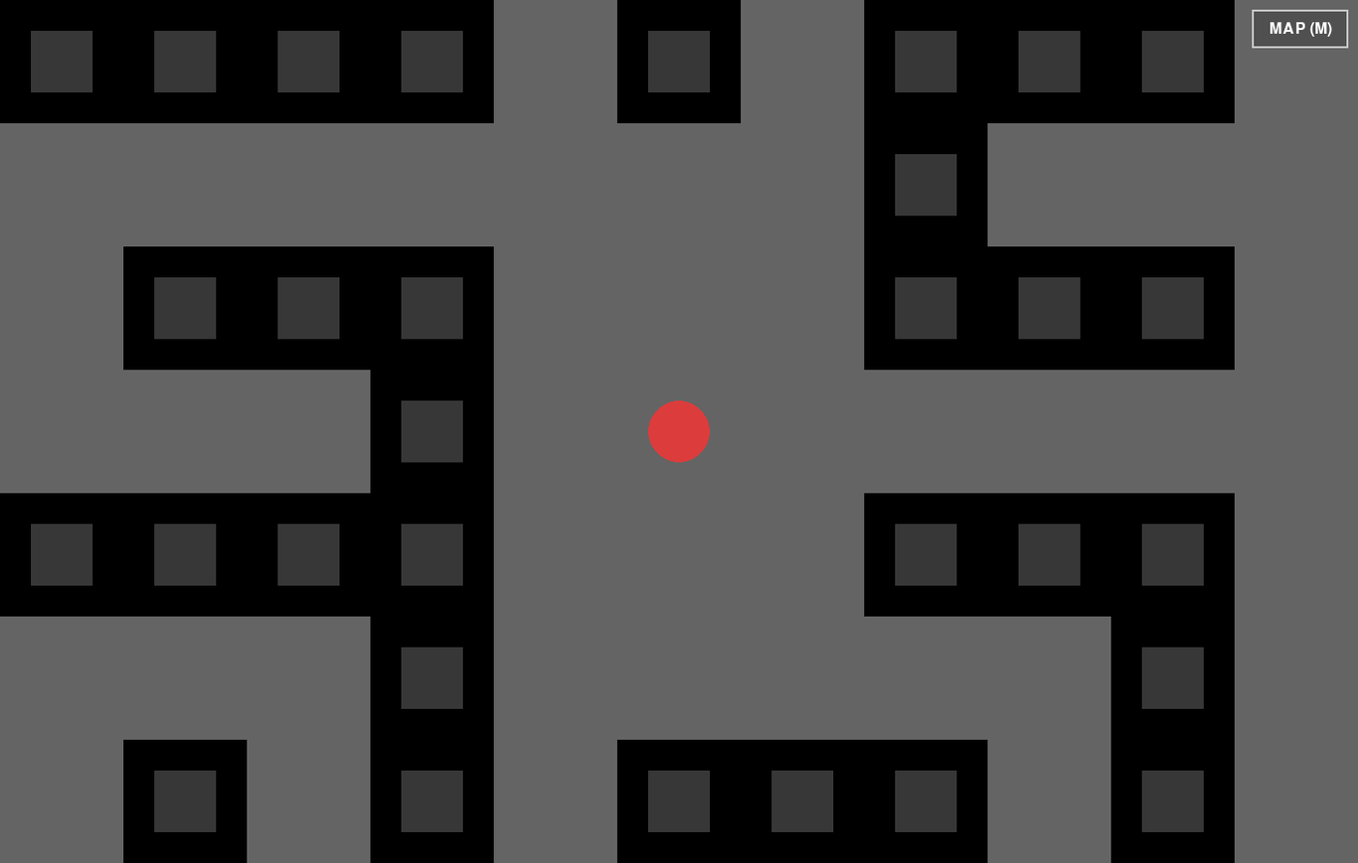
Repository: Nakib-Arman/Game-Jam-2026
Script's output: python main.py
The author's editor kept a copy of each file at every save. The script's output is drawn from the files as they stood at one save, then again after the next save.
The pictures are shown at 97% of full size.
Figures wider than 1,400 px are first shrunk to that width. The window is shown after at most 60 frames with no key pressed. Random numbers start from a fixed seed.

Above is the script's output before, as saved 2026-01-25 17:45:43.

### main.py
import pygame
from cave import generate_cave
from map import draw_map

# ======================
# CONFIGURATION
# ======================

WORLD_ROWS = 40
WORLD_COLS = 40

VIEW_ROWS = 7
VIEW_COLS = 11

BASE_CELL_SIZE = 128
WALL_SCALE = 0.5

MOVE_DELAY = 80
FPS = 60

BLACK = (0, 0, 0)
LIGHT_GRAY = (100, 100, 100)
DARK_GRAY = (55, 55, 55)
GREEN = (0, 200, 0)
RED = (220, 60, 60)

# ======================
# INITIALIZE
# ======================

pygame.init()
SCREEN_WIDTH = VIEW_COLS * BASE_CELL_SIZE
SCREEN_HEIGHT = VIEW_ROWS * BASE_CELL_SIZE

screen = pygame.display.set_mode((SCREEN_WIDTH, SCREEN_HEIGHT))
pygame.display.set_caption("Cave Explorer")
clock = pygame.time.Clock()
font = pygame.font.SysFont(None, 24)

# ======================
# GAME STATE
# ======================

cave, (player_x, player_y) = generate_cave(WORLD_ROWS, WORLD_COLS)
for rows in cave:
    print(rows)
player_radius = BASE_CELL_SIZE // 4
last_move_time = 0
show_map = False

# ======================
# HELPERS
# ======================

def can_move(x, y):
    return (
        0 <= x < WORLD_COLS and
        0 <= y < WORLD_ROWS and
        cave[y][x] != 1
    )

def get_camera_offset():
    cam_x = player_x - VIEW_COLS // 2
    cam_y = player_y - VIEW_ROWS // 2

    cam_x = max(0, min(cam_x, WORLD_COLS - VIEW_COLS))
    cam_y = max(0, min(cam_y, WORLD_ROWS - VIEW_ROWS))

    return cam_x, cam_y

def draw_map_button():
    button_rect = pygame.Rect(
        SCREEN_WIDTH - 110,
        10,
        100,
        40
    )
    pygame.draw.rect(screen, (80, 80, 80), button_rect)
    pygame.draw.rect(screen, (200, 200, 200), button_rect, 2)

    text = font.render("MAP (M)", True, (255, 255, 255))
    text_rect = text.get_rect(center=button_rect.center)
    screen.blit(text, text_rect)

    return button_rect

# ======================
# RENDERING
# ======================

def draw_world():
    cam_x, cam_y = get_camera_offset()

    for row in range(VIEW_ROWS):
        for col in range(VIEW_COLS):
            world_x = cam_x + col
            world_y = cam_y + row

            screen_x = col * BASE_CELL_SIZE
            screen_y = row * BASE_CELL_SIZE

            if not (0 <= world_x < WORLD_COLS and 0 <= world_y < WORLD_ROWS):
                continue

            cell = cave[world_y][world_x]

            if cell == 1:
                size = int(BASE_CELL_SIZE * WALL_SCALE)
                offset = (BASE_CELL_SIZE - size) // 2
                rect = pygame.Rect(
                    screen_x + offset,
                    screen_y + offset,
                    size,
                    size
                )
                pygame.draw.rect(screen, DARK_GRAY, rect)

            else:
                rect = pygame.Rect(
                    screen_x,
                    screen_y,
                    BASE_CELL_SIZE,
                    BASE_CELL_SIZE
                )
                pygame.draw.rect(screen, LIGHT_GRAY, rect)

            if cell == 2:
                pygame.draw.circle(
                    screen,
                    GREEN,
                    (screen_x + BASE_CELL_SIZE // 2,
                     screen_y + BASE_CELL_SIZE // 2),
                    BASE_CELL_SIZE // 6
                )

    # Player (centered)
    pygame.draw.circle(
        screen,
        RED,
        (SCREEN_WIDTH // 2, SCREEN_HEIGHT // 2),
        player_radius
    )

# ======================
# MAIN LOOP
# ======================

running = True
while running:
    clock.tick(FPS)
    current_time = pygame.time.get_ticks()

    for event in pygame.event.get():
        if event.type == pygame.QUIT:
            running = False

        if event.type == pygame.KEYDOWN:
            if event.key == pygame.K_m:
                show_map = not show_map

        if event.type == pygame.MOUSEBUTTONDOWN:
            if event.button == 1:
                if map_button.collidepoint(event.pos):
                    show_map = not show_map

    # ------------------
    # MOVEMENT
    # ------------------
    if not show_map and current_time - last_move_time >= MOVE_DELAY:
        keys = pygame.key.get_pressed()
        dx = dy = 0

        if keys[pygame.K_LEFT]:
            dx = -1
        elif keys[pygame.K_RIGHT]:
            dx = 1
        elif keys[pygame.K_UP]:
            dy = -1
        elif keys[pygame.K_DOWN]:
            dy = 1

        nx = player_x + dx
        ny = player_y + dy

        if can_move(nx, ny):
            player_x, player_y = nx, ny
            last_move_time = current_time

    # ------------------
    # DRAW
    # ------------------
    screen.fill(BLACK)

    if show_map:
        draw_map(
            screen,
            cave,
            (player_x, player_y),
            (SCREEN_WIDTH, SCREEN_HEIGHT)
        )
    else:
        draw_world()

    map_button = draw_map_button()
    pygame.display.flip()

pygame.quit()

### cave.py
import random
from collections import deque

WALL = 1
FLOOR = 0
EXIT = 2

TOP_BORDER = 3
BOTTOM_BORDER = 3
LEFT_BORDER = 5
RIGHT_BORDER = 5


def generate_cave(rows, cols,
                  room_attempts=40,
                  min_room_size=3,
                  max_room_size=6):

    cave = [[WALL for _ in range(cols)] for _ in range(rows)]

    # Compute valid carving area
    min_x = LEFT_BORDER
    max_x = cols - RIGHT_BORDER - 1
    min_y = TOP_BORDER
    max_y = rows - BOTTOM_BORDER - 1

    # ----------------------
    # Maze generation (DFS)
    # ----------------------
    def carve_maze(x, y):
        directions = [(2, 0), (-2, 0), (0, 2), (0, -2)]
        random.shuffle(directions)

        for dx, dy in directions:
            nx, ny = x + dx, y + dy
            if min_x <= nx <= max_x and min_y <= ny <= max_y:
                if cave[ny][nx] == WALL:
                    cave[y + dy // 2][x + dx // 2] = FLOOR
                    cave[ny][nx] = FLOOR
                    carve_maze(nx, ny)

    # Start maze safely inside borders
    start_x = min_x | 1   # ensure odd
    start_y = min_y | 1
    cave[start_y][start_x] = FLOOR
    carve_maze(start_x, start_y)

    # ----------------------
    # Room helpers
    # ----------------------
    rooms = []

    def carve_room(x, y, w, h):
        for iy in range(y, y + h):
            for ix in range(x, x + w):
                cave[iy][ix] = FLOOR

    def intersects(r1, r2):
        x1, y1, w1, h1 = r1
        x2, y2, w2, h2 = r2
        return not (
            x1 + w1 + 1 < x2 or
            x2 + w2 + 1 < x1 or
            y1 + h1 + 1 < y2 or
            y2 + h2 + 1 < y1
        )

    def center(room):
        x, y, w, h = room
        return (x + w // 2, y + h // 2)

    # ----------------------
    # Carve rooms (inside borders)
    # ----------------------
    for _ in range(room_attempts):
        w = random.randint(min_room_size, max_room_size)
        h = random.randint(min_room_size, max_room_size)

        x = random.randint(min_x, max_x - w)
        y = random.randint(min_y, max_y - h)

        new_room = (x, y, w, h)

        if any(intersects(new_room, r) for r in rooms):
            continue

        carve_room(x, y, w, h)
        rooms.append(new_room)

    # ----------------------
    # Spawn & exit
    # ----------------------
    if rooms:
        spawn_x, spawn_y = center(rooms[0])
    else:
        spawn_x, spawn_y = start_x, start_y

    exit_x, exit_y = find_farthest_cell(cave, spawn_x, spawn_y)
    cave[exit_y][exit_x] = EXIT

    return cave, (spawn_x, spawn_y)


def find_farthest_cell(cave, start_x, start_y):
    rows, cols = len(cave), len(cave[0])
    dist = [[-1] * cols for _ in range(rows)]
    queue = deque([(start_x, start_y)])
    dist[start_y][start_x] = 0
    farthest = (start_x, start_y)

    while queue:
        x, y = queue.popleft()
        for dx, dy in [(0, -1), (1, 0), (0, 1), (-1, 0)]:
            nx, ny = x + dx, y + dy
            if 0 <= nx < cols and 0 <= ny < rows:
                if cave[ny][nx] != WALL and dist[ny][nx] == -1:
                    dist[ny][nx] = dist[y][x] + 1
                    queue.append((nx, ny))
                    farthest = (nx, ny)

    return farthest

### map.py
import pygame

WALL = 1
FLOOR = 0
EXIT = 2

def draw_map(screen, cave, player_pos, screen_size):
    rows = len(cave)
    cols = len(cave[0])

    map_margin = 40
    map_width = screen_size[0] - map_margin * 2
    map_height = screen_size[1] - map_margin * 2

    cell_w = map_width // cols
    cell_h = map_height // rows
    cell_size = min(cell_w, cell_h)

    offset_x = (screen_size[0] - (cols * cell_size)) // 2
    offset_y = (screen_size[1] - (rows * cell_size)) // 2

    for y in range(rows):
        for x in range(cols):
            cell = cave[y][x]

            color = (30, 30, 30)          # wall
            if cell == FLOOR:
                color = (120, 120, 120)
            elif cell == EXIT:
                color = (0, 200, 0)

            rect = pygame.Rect(
                offset_x + x * cell_size,
                offset_y + y * cell_size,
                cell_size,
                cell_size
            )
            pygame.draw.rect(screen, color, rect)

    # Draw player
    px, py = player_pos
    player_rect = pygame.Rect(
        offset_x + px * cell_size,
        offset_y + py * cell_size,
        cell_size,
        cell_size
    )
    pygame.draw.rect(screen, (220, 60, 60), player_rect)

    # Border
    pygame.draw.rect(
        screen,
        (200, 200, 200),
        (
            offset_x,
            offset_y,
            cols * cell_size,
            rows * cell_size
        ),
        2
    )

After the next save:
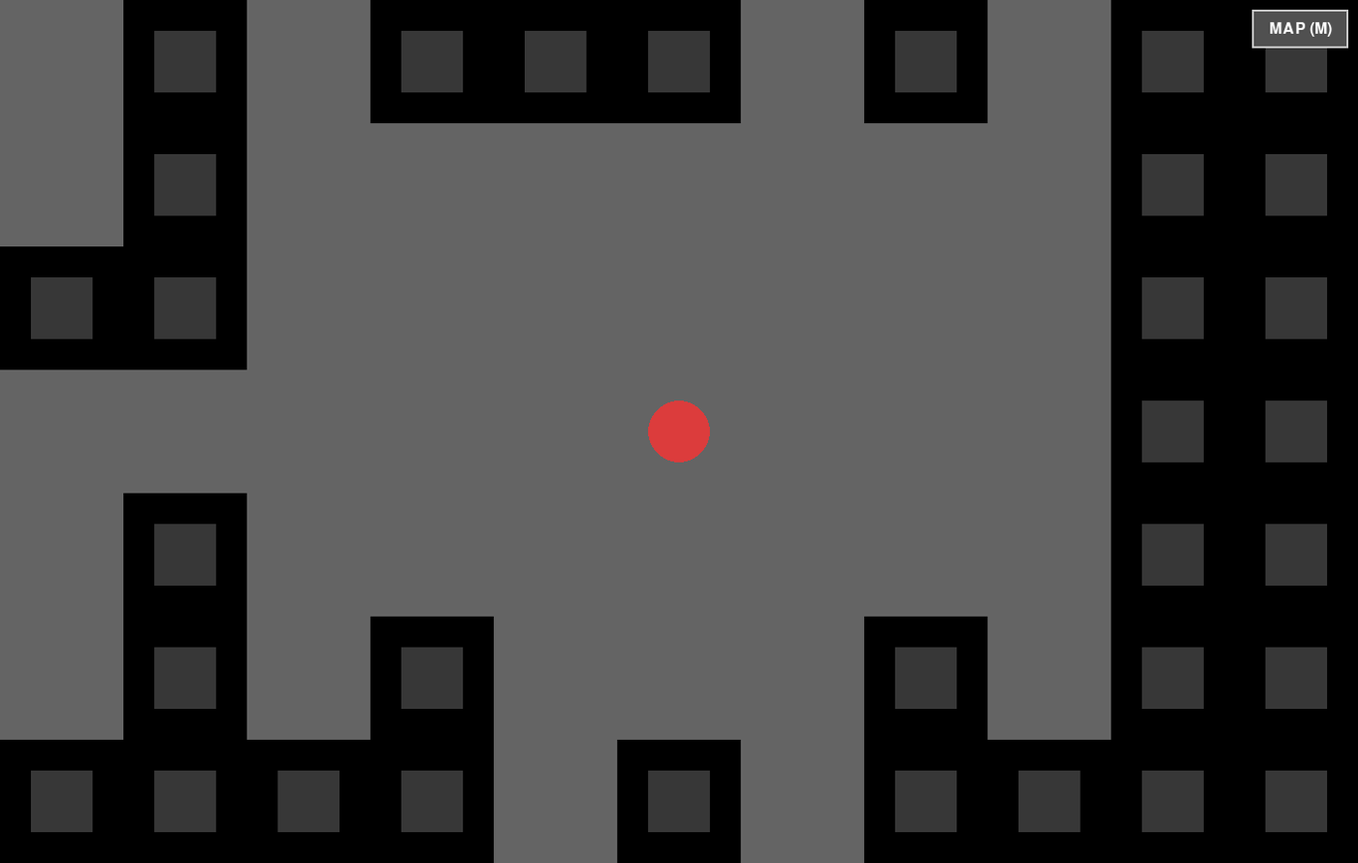
Saved 5 min 16 s later.
--- a/main.py
+++ b/main.py
@@ -6,7 +6,7 @@
 # CONFIGURATION
 # ======================
 
-WORLD_ROWS = 40
+WORLD_ROWS = 46
 WORLD_COLS = 40
 
 VIEW_ROWS = 7
